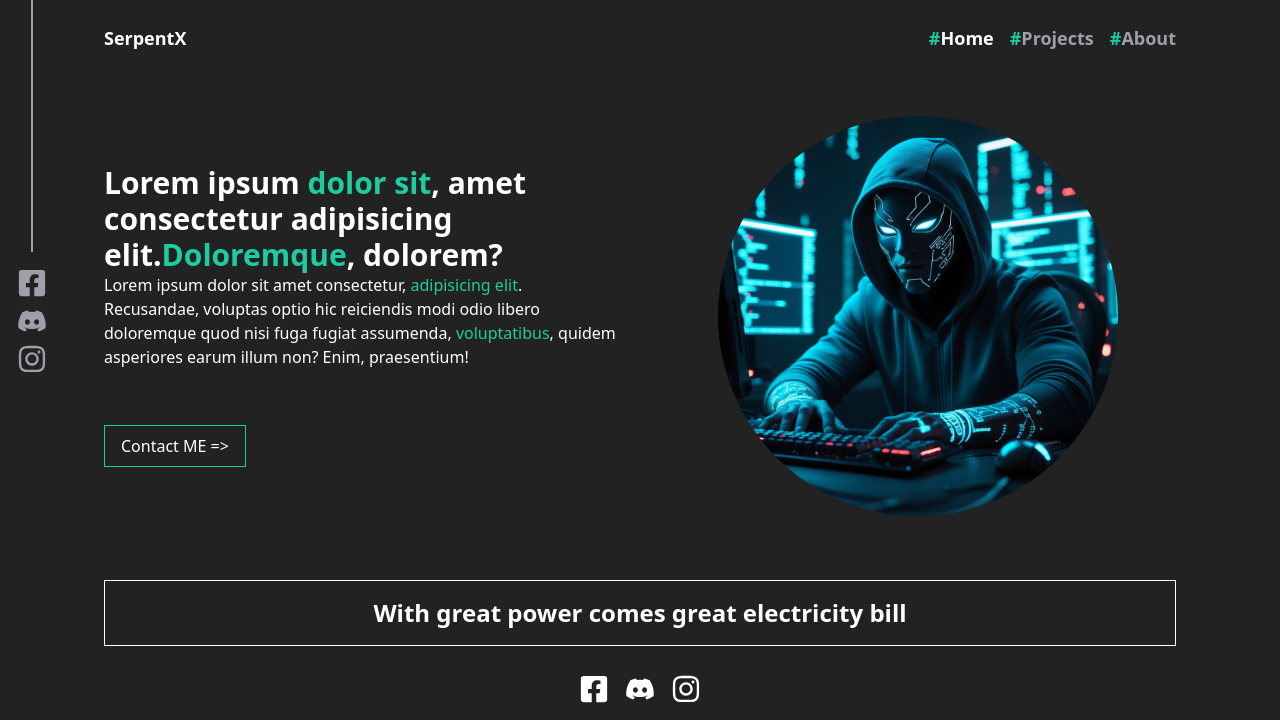
Repository: SERPENTX03/Portfolio-Tutorial
Page: /
An editor plug-in stored every save of this project. The page is shown before and after the next save, followed by the edit.
The browser window is 1280 px wide. The pictures show the whole page.
The project was rebuilt for these pictures with package versions that can differ from the ones it lists, and the page was loaded fresh each time. The framework's server and built-in components were replaced by stand-ins that run in the browser. Also part of the build but not shown: next.config.ts.

Above is the page before, as saved 2025-04-19 20:57:44.

### app/layout.tsx
import type { Metadata } from "next";
import { Geist, Geist_Mono } from "next/font/google";
import "./globals.css";
import SideContact from "@/components/SideContact";
import Navbar from "@/components/nav/Navbar";

const geistSans = Geist({
  variable: "--font-geist-sans",
  subsets: ["latin"],
});

const geistMono = Geist_Mono({
  variable: "--font-geist-mono",
  subsets: ["latin"],
});

export const metadata: Metadata = {
  title: "Create Next App",
  description: "Generated by create next app",
};

export default function RootLayout({
  children,
}: Readonly<{
  children: React.ReactNode;
}>) {
  return (
    <html lang="en">
      <body
        className={`${geistSans.variable} ${geistMono.variable} antialiased`}
      >
        <SideContact />
        <main className="max-w-[1200px] mx-auto sm:px-16 px-3">
          <Navbar />
          {children}
        </main>
      </body>
    </html>
  );
}

### app/page.tsx
import Hero from "@/components/Hero";

const Home = () => {
  return (
    <div>
      <Hero />
    </div>
  );
};
export default Home;

### app/globals.css
@import "tailwindcss";

@theme {
  --color-primary: #1dcd9f;
  --color-background: #222222;
  --color-text: #9f9fa9;
}

@utility hover-btn {
  @apply hover:bg-primary/30 transition-colors duration-300 ease-in-out;
}

body {
  background-color: var(--color-background);
  color: white;
}

### components/SideContact.tsx
import Link from "next/link";
import { FaFacebookSquare } from "react-icons/fa";
import { FaDiscord } from "react-icons/fa";
import { FaInstagram } from "react-icons/fa";

const SideContact = () => {
  return (
    <div className="fixed top-0 left-0 w-16 lg:flex flex-col hidden ">
      {/* Line */}
      <div className="h-[35vh] relative">
        <div className="h-full border border-text absolute top-0 left-1/2 -translate-x-1/2"></div>
      </div>
      {/* Socials */}
      <div className="text-text mt-4 flex flex-col gap-2 items-center">
        <Link target="_blank" href="https://www.facebook.com/serpentx.dev">
          <FaFacebookSquare size={30} />
        </Link>
        <Link target="_blank" href="https://discord.gg/serpentx">
          <FaDiscord size={30} />
        </Link>
        <Link target="_blank" href="https://www.instagram.com/serpentx.dev">
          <FaInstagram size={30} />
        </Link>
      </div>
    </div>
  );
};
export default SideContact;

### components/nav/Navbar.tsx
import MenuHamburger from "./MenuHamburger";
import Navlink from "./Navlink";

const Navbar = () => {
  return (
    <div className="flex justify-between items-center py-6">
      <h1 className="text-lg font-semibold ">SerpentX</h1>
      <Navlink />
      <MenuHamburger />
    </div>
  );
};
export default Navbar;

### components/Hero.tsx
import Image from "next/image";

const Hero = () => {
  return (
    <section className="mt-10">
      <div className="flex flex-col sm:flex-row justify-between gap-10 items-center">
        <div className="w-full sm:w-1/2">
          <h2 className="text-3xl font-bold">
            Lorem ipsum <span className="text-primary">dolor sit</span>, amet
            consectetur adipisicing elit.
            <span className="text-primary">Doloremque</span>, dolorem?
          </h2>
          <p>
            Lorem ipsum dolor sit amet consectetur,{" "}
            <span className="text-primary">adipisicing elit</span>. Recusandae,
            voluptas optio hic reiciendis modi odio libero doloremque quod nisi
            fuga fugiat assumenda,{" "}
            <span className="text-primary">voluptatibus</span>, quidem
            asperiores earum illum non? Enim, praesentium!
          </p>
          <button className="hover-btn border border-primary px-4 py-2 mt-14 cursor-pointer">
            Contact ME ={">"}
          </button>
        </div>
        <div className="w-full sm:w-1/2 flex justify-center">
          <Image
            className="object-cover rounded-full"
            src="/images/hero.jpg"
            alt="hero"
            width={400}
            height={400}
          />
        </div>
      </div>
      <div className="mt-16">
        <h5 className="text-center text-2xl font-bold border py-4">
          With great power comes great electricity bill
        </h5>
      </div>
    </section>
  );
};
export default Hero;

### components/nav/MenuHamburger.tsx
"use client";
import { RiMenuFoldLine } from "react-icons/ri";
import { links } from "@/data/NavLink";
import { useEffect, useState } from "react";
import { IoClose } from "react-icons/io5";
import Link from "next/link";
import { usePathname } from "next/navigation";
import { motion, AnimatePresence } from "framer-motion";
import { FaDiscord, FaFacebookSquare, FaInstagram } from "react-icons/fa";

const MenuHamburger = () => {
  const [isOpen, setIsOpen] = useState(false);
  const pathname = usePathname();

  const handleOpen = () => {
    setIsOpen(!isOpen);
  };

  useEffect(() => {
    setIsOpen(false); // ปิดเมนูเมื่อ path เปลี่ยน
  }, [pathname]);
  return (
    <>
      <AnimatePresence mode="wait">
        {isOpen ? (
          <motion.div
            key="close"
            initial={{ rotate: -90, opacity: 0 }}
            animate={{ rotate: 0, opacity: 1 }}
            exit={{ rotate: 90, opacity: 0 }}
            transition={{ duration: 0.2 }}
            className="cursor-pointer block md:hidden z-50"
            onClick={handleOpen}
          >
            <IoClose size={30} />
          </motion.div>
        ) : (
          <motion.div
            key="menu"
            initial={{ rotate: 90, opacity: 0 }}
            animate={{ rotate: 0, opacity: 1 }}
            exit={{ rotate: -90, opacity: 0 }}
            transition={{ duration: 0.3 }}
            className="cursor-pointer block md:hidden z-10"
            onClick={handleOpen}
          >
            <RiMenuFoldLine size={30} />
          </motion.div>
        )}
      </AnimatePresence>
      {isOpen && (
        <ul className="fixed top-0 left-0 w-full h-screen bg-background ">
          <h1 className="text-2xl font-bold m-3">SerpentX</h1>
          {links.map((nav, index) => (
            <li
              key={index}
              className={`text-2xl m-3 font-semibold text-text ${
                pathname === nav.href ? "text-white" : "text-text"
              }`}
            >
              <Link href={nav.href}>
                <span className="text-primary">#</span>
                {nav.label}
              </Link>
            </li>
          ))}
        </ul>
      )}
      <div className="fixed bottom-4 left-1/2 -translate-x-1/2 flex gap-4">
        <Link target="_blank" href="https://www.facebook.com/serpentx.dev">
          <FaFacebookSquare size={30} />
        </Link>
        <Link target="_blank" href="https://discord.gg/serpentx">
          <FaDiscord size={30} />
        </Link>
        <Link target="_blank" href="https://www.instagram.com/serpentx.dev">
          <FaInstagram size={30} />
        </Link>
      </div>
    </>
  );
};
export default MenuHamburger;

### components/nav/Navlink.tsx
"use client";
import { links } from "@/data/NavLink";
import Link from "next/link";
import { usePathname } from "next/navigation";

const Navlink = () => {
  const pathname = usePathname();
  return (
    <ul className="md:flex gap-4 hidden ">
      {links.map((nav, index) => (
        <li
          key={index}
          className={`text-lg font-semibold text-text ${
            pathname === nav.href ? "text-white" : "text-text"
          }`}
        >
          <Link href={nav.href}>
            <span className="text-primary">#</span>
            {nav.label}
          </Link>
        </li>
      ))}
    </ul>
  );
};
export default Navlink;

### data/NavLink.ts
export const links = [
  {
    label: "Home",
    href: "/",
  },
  {
    label: "Projects",
    href: "/projects",
  },
  {
    label: "About",
    href: "/about",
  },
];

After the next save:
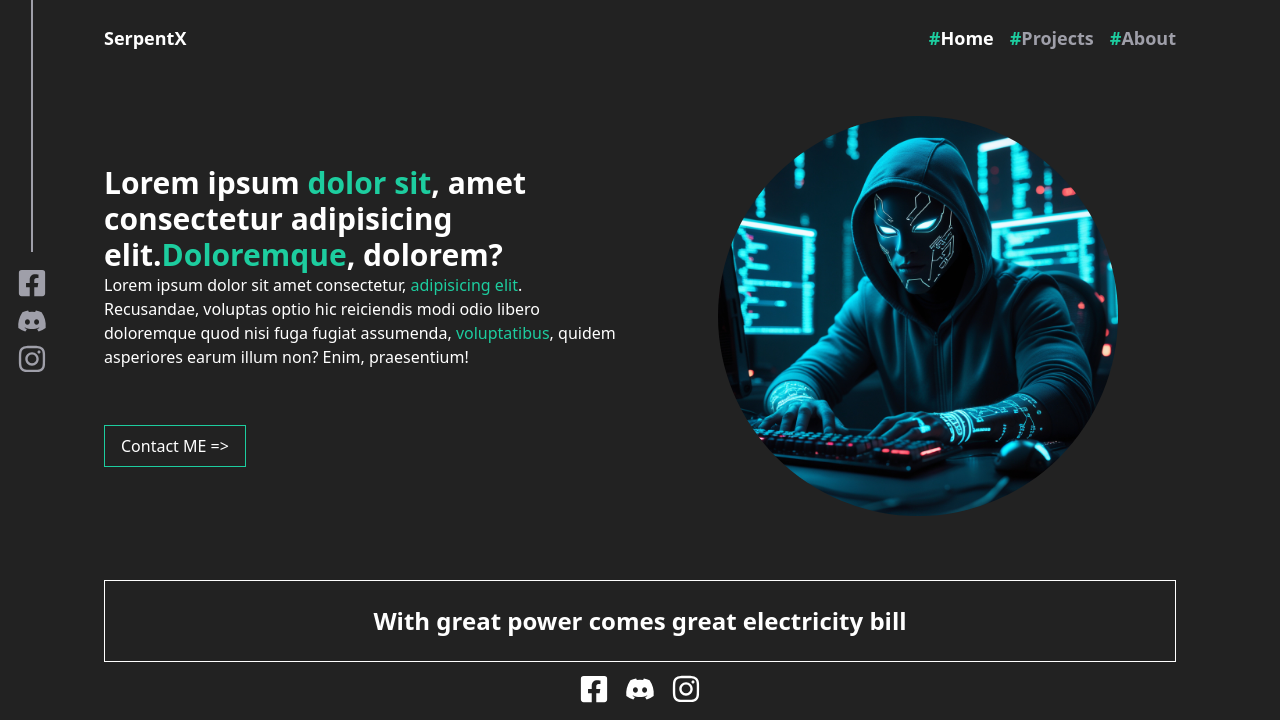
Saved 4 s later.
--- a/components/Hero.tsx
+++ b/components/Hero.tsx
@@ -33,7 +33,7 @@ const Hero = () => {
         </div>
       </div>
       <div className="mt-16">
-        <h5 className="text-center text-2xl font-bold border py-4">
+        <h5 className="text-center text-2xl font-bold border py-6">
           With great power comes great electricity bill
         </h5>
       </div>
